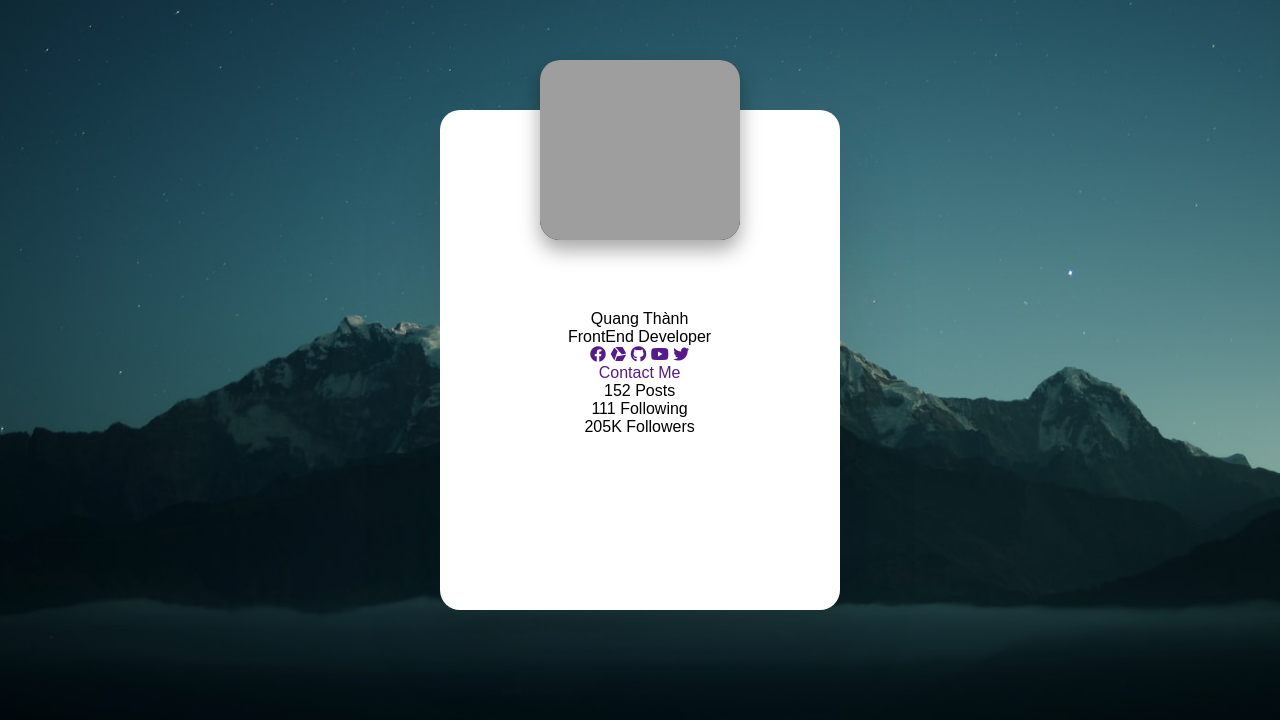
Repository: QuangThanh152/Profile-me
Page: index.html
These files come from the project's save history. The page is drawn as it stood at one moment and after the next save; the edit follows.
The browser window is 1280 px wide. The pictures show the whole page.
Pictures or frames that could not be fetched are drawn as grey boxes.

Above is the page before, as saved 2022-10-07 15:14:31.

### index.html
<!DOCTYPE html>
<html lang="en">
<head>
    <meta charset="UTF-8">
    <meta http-equiv="X-UA-Compatible" content="IE=edge">
    <meta name="viewport" content="width=device-width, initial-scale=1.0">
    <link rel="stylesheet" href="./accets/font/fontawesome-free-6.1.2-web/css/all.min.css">
    <link rel="stylesheet" href="./accets/main.css">
    <title>Profile-QT</title>
</head>
<body>
    <div class="card">
        <div class="card-header">
            <img src="./accets/img/IMG_20220202_135645.jpg" alt="" class="img-me">
        </div>
        <div class="content">
            <div class="name">Quang Thành</div>
            <div class="desc">FrontEnd Developer</div>
            <div class="SocialNetwork">
                <a href="" class="icon"><i class="fa-brands fa-facebook"></i></a>
                <a href="" class="icon"><i class="fa-brands fa-instalod"></i></i></a>
                <a href="" class="icon"><i class="fa-brands fa-github"></i></i></a>
                <a href="" class="icon"><i class="fa-brands fa-youtube"></i></i></a>
                <a href="" class="icon"><i class="fa-brands fa-twitter"></i></i></a>
            </div>
            <a href="" class="btn-contact">Contact Me</a>
            <div class="card-footer">
                <div class="number">
                    <div class="item">
                        <span>152</span>
                        Posts
                    </div>
                </div>
                <div class="number">
                    <div class="item">
                        <span>111</span>
                        Following
                    </div>
                </div>
                <div class="number">
                    <div class="item">
                        <span>205K</span>
                        Followers
                    </div>
                </div>
            </div>
        </div>
    </div>
</body>
</html>

### accets/main.css
* {
    padding: 0;
    margin: 0;
    box-sizing: border-box;
    font-family: 'Poppins', sans-serif;
    text-decoration: none;
}

body {
    min-height: 100vh;
    background: url(/accets/img/img-big.jpg) no-repeat center;
    background-size: cover;
    display: flex;
    justify-content: center;
    align-items: center;
}

.card {
    position: relative;
    width: 400px;
    /* height: 190px; */
    height: 500px;
    border-radius: 20px;
    background: #fff;
    transition: 0.2s;
    box-shadow: 0 35px 80px rgba(0,0,0,0.15);
}
.card:hover {
    height: 500px;
}
.card-header {
    position: absolute;
    background: rgb(21, 19, 19);
    left: 50%;
    top: -50px;
    transform: translateX(-50%);
    width: 200px;
    height: 180px;
    border-radius: 20px;
    box-shadow: 0 10px 20px rgba(0,0,0,0.35);
    overflow: hidden;
    transition: 0.3s;
}
.card:hover .card-header {
    width: 250px;
    height: 250px;
    transition: 0.2s;
}
.img-me {
    position: absolute;
    top: 0;
    left: 0;
    width: 100%;
    height: 100%;
    object-fit: cover;
}
.content {
    position: absolute;
    top: 40%;
    text-align: center;
    display: block;
    align-items: center;
    left: 32%;
}
.name {

}

Loaded but not shown: accets/font/fontawesome-free-6.1.2-web/css/all.min.css (library)

After the next save:
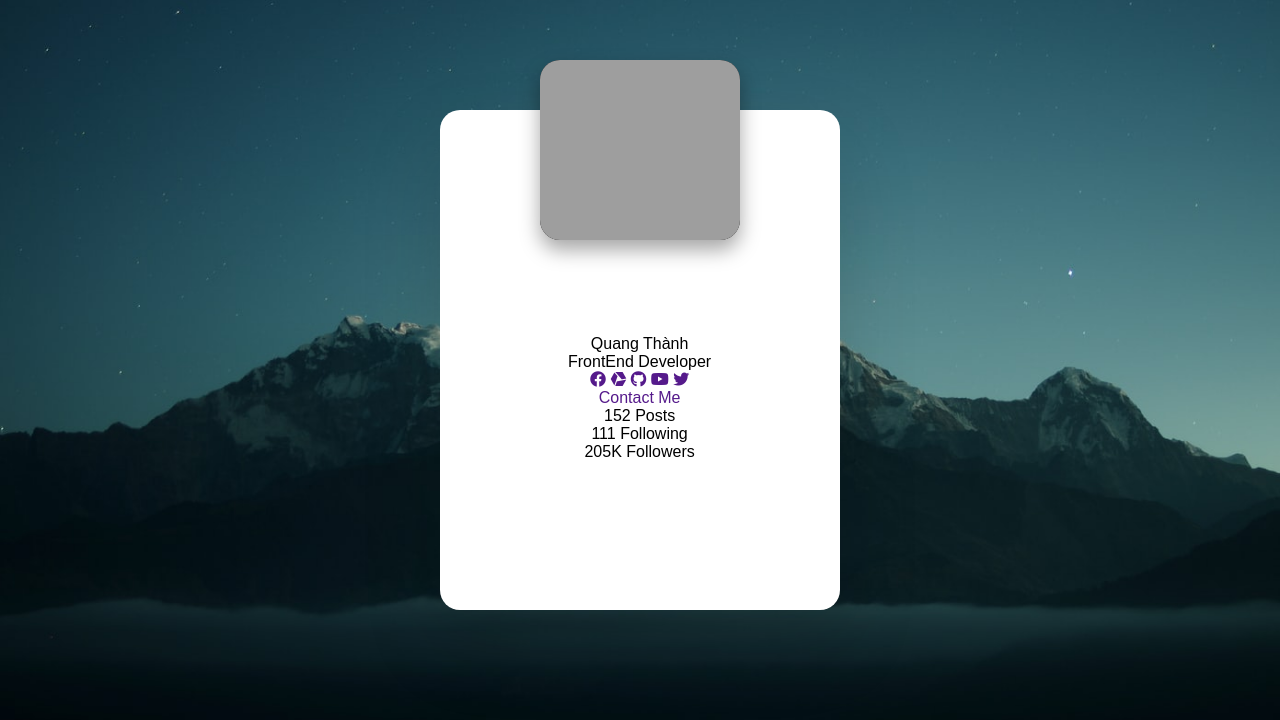
Saved 5 s later.
--- a/accets/main.css
+++ b/accets/main.css
@@ -56,7 +56,7 @@ body {
 }
 .content {
     position: absolute;
-    top: 40%;
+    top: 45%;
     text-align: center;
     display: block;
     align-items: center;
